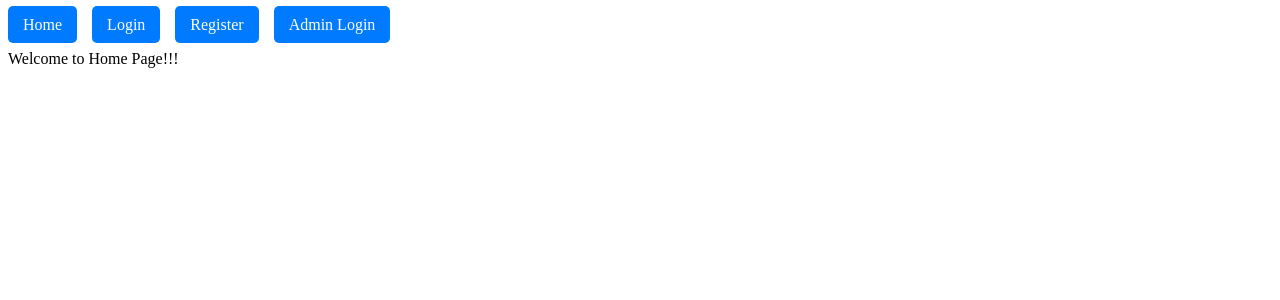
Repository: AhmedIbu/angular-login-app
Page: / (app in angular-login-app/)
These files come from the project's save history. The page is drawn as it stood at one moment and after the next save; the edit follows.
The browser window is 1280 px wide. The pictures show the whole page.
The project was rebuilt for these pictures with package versions that can differ from the ones it lists, and the page was loaded fresh each time. Also part of the build but not shown: angular-login-app/angular.json, angular-login-app/src/app/login/login.component.ts, angular-login-app/src/app/services/auth.service.ts, angular-login-app/src/app/services/user.service.ts, angular-login-app/src/app/register/register.component.ts, angular-login-app/src/app/admin-dashboard/admin-dashboard.component.ts.

Above is the page before, as saved 2025-02-19 16:36:10.

After the next save:
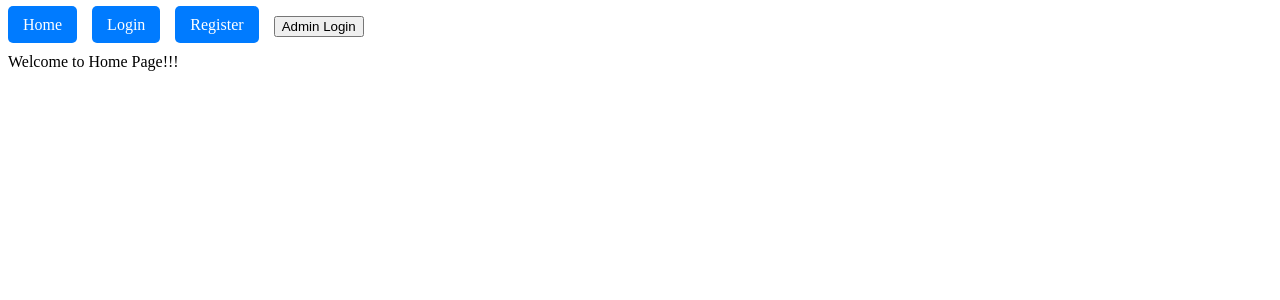
Saved 40 s later.
--- a/angular-login-app/src/app/app.component.html
+++ b/angular-login-app/src/app/app.component.html
@@ -3,7 +3,7 @@
     <li><a routerLink="/">Home</a></li>
     <li><a routerLink="/login">Login</a></li>
     <li><a routerLink="/register">Register</a></li>
-    <li><a routerLink="/admin-login">Admin Login</a></li>
+    <li><button (click)="navigateToAdminLogin()">Admin Login</button></li>
   </ul>
 </nav>
 
